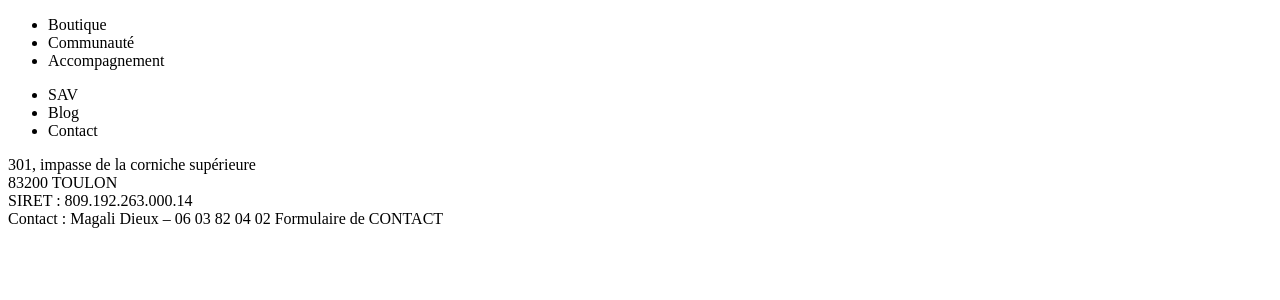
Repository: Khadija-Asa/naitre-enchantes
Page: footer.html
These files come from the project's save history. The page is drawn as it stood at one moment and after the next save; the edit follows.
The browser window is 1280 px wide. The pictures show the whole page.

Above is the page before, as saved 2020-11-24 22:23:12.

After the next save:
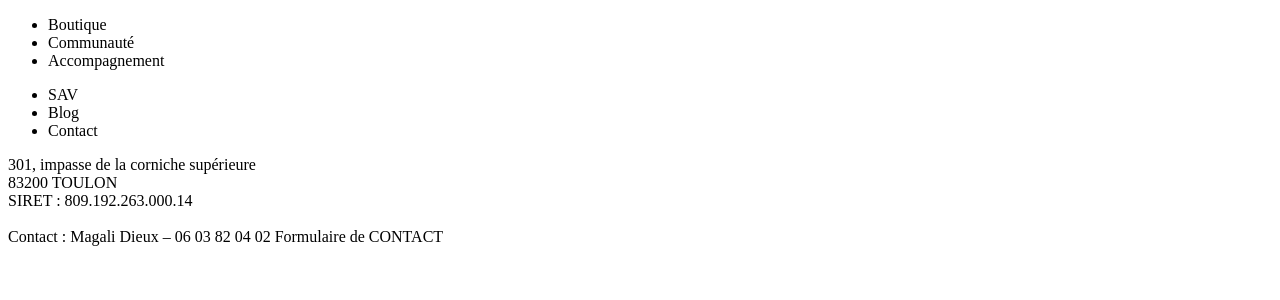
Saved 4 s later.
--- a/footer.html
+++ b/footer.html
@@ -24,7 +24,7 @@
             <div class="bottom_left">
                 <p>301, impasse de la corniche supérieure <br>
                     83200 TOULON <br>
-                    SIRET : 809.192.263.000.14 <br>
+                    SIRET : 809.192.263.000.14 <br><br>
 
                     Contact :
                     Magali Dieux – 06 03 82 04 02
